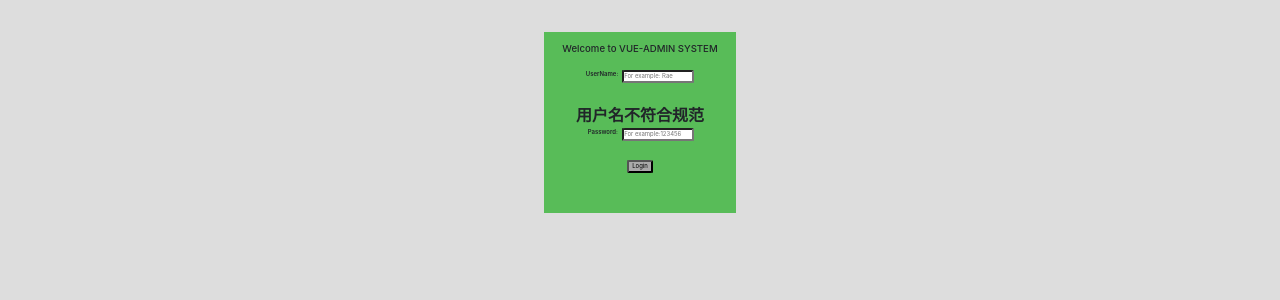
Repository: gzh51904/baiyangApp
Page: / (app in houtai/Vue-admin/)
An editor plug-in stored every save of this project. The page is shown before and after the next save, followed by the edit.
The browser window is 1280 px wide. The pictures show the whole page.
The project was rebuilt for these pictures with package versions that can differ from the ones it lists, and the page was loaded fresh each time. Also part of the build but not shown: houtai/Vue-admin/vue.config.js.

Above is the page before, as saved 2019-05-11 11:10:32.

### houtai/Vue-admin/public/index.html
<!DOCTYPE html>
<html lang="en">
  <head>
    <meta charset="utf-8">
    <meta http-equiv="X-UA-Compatible" content="IE=edge">
    <meta name="viewport" content="width=device-width,initial-scale=1.0">
    <link rel="icon" href="<%= BASE_URL %>favicon.ico">
    <title>secco-admin</title>
    <style>
    html,body{
      width:100%;
      height:100%;
    }

    </style>
  </head>
  <body>

    <div id="app"></div>
    <!-- built files will be auto injected -->
  </body>
</html>

### houtai/Vue-admin/src/main.js
import Vue from 'vue'
import App from './App.vue'
import router from './router/router'
import store from './store'

// import axios from "axios";
// Vue.prototype.$axios = axios;

// import bootstrap lib to the project,没有路径就会直接去找node_modules
import "bootstrap";

import 'lib-flexible';
Vue.config.productionTip = false

new Vue({
  router,
  store,
  render: h => h(App)
}).$mount('#app')

### houtai/Vue-admin/src/App.vue
<template>
  <div id="app">

    <router-view/>
  </div>
</template>
<script>
export default {

}
</script>

<style>
@import  '../node_modules/bootstrap/dist/css/bootstrap.css';

#app{
  height:100%;
  width:100%;
  background-color: #ddd;
  overflow:hidden;
}
</style>

### houtai/Vue-admin/src/router/router.js
import Vue from 'vue'
import Router from 'vue-router'
import Login from '../pages/login.vue'


Vue.use(Router)

export default new Router({
  mode: 'history',
  base: process.env.BASE_URL,
  routes: [
    {
      path: '/',
      name: 'Login',
      component: Login
    },
    {
      path: '/admin',
      name: 'admin',
      meta: {
        requireAuth: true
      },
      // route level code-splitting
      // this generates a separate chunk (about.[hash].js) for this route
      // which is lazy-loaded when the route is visited.
      component: () => import(/* webpackChunkName: "about" */ '../pages/admin/admin.vue'),
      children: [
        {
          path: 'goods',
          name: 'goods',
          title: '商品管理',
          component: () => import('../pages/admin/goods/goods'),//路径要自己改
          children:[
            {
              path: 'list',
              name: 'list',
              title: '商品列表',
              component: () => import('../pages/admin/goods/list'),//路径要自己改
            },
            {
              path: 'categories',
              name: 'categories',
              title: '商品分类',
              component: () => import('../pages/admin/goods/categories'),//路径要自己改
            },
            {
              path: 'addgoods',
              name: 'addgoods',
              title: '添加商品',
              component: () => import('../pages/admin/goods/addgoods'),//路径要自己改
            },
          ]
        },
        {
          path: 'users',
          name: 'users',
          title: '用户管理',
          component: () => import('../pages/admin/users/users'),//路径要自己改
          children:[
            {
              path: 'list',
              name: 'list',
              title: '用户列表',
              component: () => import('../pages/admin/users/list'),//路径要自己改
            },
            {
              path: 'adduser',
              name: 'adduser',
              title: '添加用户',
              component: () => import('../pages/admin/users/adduser'),//路径要自己改
            },

          ]
        },
      ]
    }
  ]
})

### houtai/Vue-admin/src/store/index.js
import Vue from 'vue'
import Vuex from 'vuex'
import createPersistedState from 'vuex-persistedstate'

Vue.use(Vuex)

/* eslint-disable no-new */
const store = new Vuex.Store({
  plugins: [createPersistedState()],
  modules: {
  }
})

export default store

### houtai/Vue-admin/src/pages/login.vue
<template>
<div class="login">
    <h3>Welcome to VUE-ADMIN SYSTEM</h3>
    <div class="login-form">
        <div class="login-form-item">
            <span>UserName:</span>
            <input type="text" id="username" placeholder="For example: Rae" v-model="username" @blur="checkName">

        </div>
         <strong class="alert">用户名不符合规范</strong>
        <div  class="login-form-item">
              <span>Password:</span>
            <input type="password" id="password" placeholder="For example:123456" v-model="password" @blur="checkPassword">
        </div>
        <div  class="login-form-item">
            <button class="login-btn">Login</button>
        </div>
    </div>


</div>
</template>
<script>
export default {
    data(){
        return {
            username:null,
            password:null

        }
    },
    methods:{
        checkName(){

        },
        checkPassword(){

        }

    }
}
</script>
<style lang="scss" scoped>
*{
    padding:0px;
    margin:0px;
}
.login{
    margin: 2rem auto;
    overflow:hidden;
    width: 12rem;
    height:11.333333rem;
    /* height:5rem; */
    background-color:#58bc58;
    padding-top:.013333rem;
    h3{
        margin: .666667rem auto;
        text-align: center;
        font-size: .6rem;
        font-weight: 500;
        margin-bottom:1rem;
    }
    .login-form{

        display:flex;
        flex-direction:column;
        justify-content: space-around;
        align-items: center;
        .login-form-item{
            height:2rem;
            font-size: .373333rem;

        span{
            float:left;
            width:2rem;
            text-align: right;
            margin-right: .266667rem;
            font-weight: 600;
        }
        input{
            width:4.5rem;
            border-radius: 5%;

       ::placeholder{
           color: #aaa;
       }
         }
         button{
             background-color:#aaa;
             padding:0 .2rem;
             border-radius:10%;
         }
        }
        }
    }


</style>

After the next save:
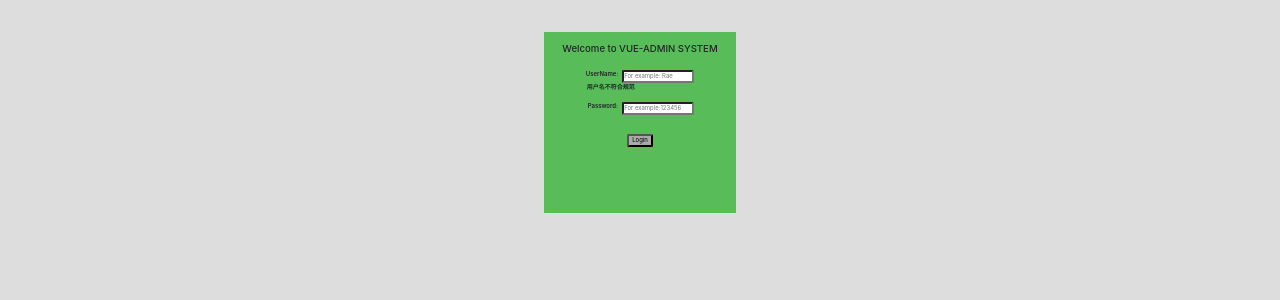
Saved 45 s later.
--- a/houtai/Vue-admin/src/pages/login.vue
+++ b/houtai/Vue-admin/src/pages/login.vue
@@ -3,11 +3,13 @@
     <h3>Welcome to VUE-ADMIN SYSTEM</h3>
     <div class="login-form">
         <div class="login-form-item">
+            <div>
             <span>UserName:</span>
             <input type="text" id="username" placeholder="For example: Rae" v-model="username" @blur="checkName">
+           </div>
+           <strong class="alert">用户名不符合规范</strong>
+        </div>
 
-        </div>
-         <strong class="alert">用户名不符合规范</strong>
         <div  class="login-form-item">
               <span>Password:</span>
             <input type="password" id="password" placeholder="For example:123456" v-model="password" @blur="checkPassword">
